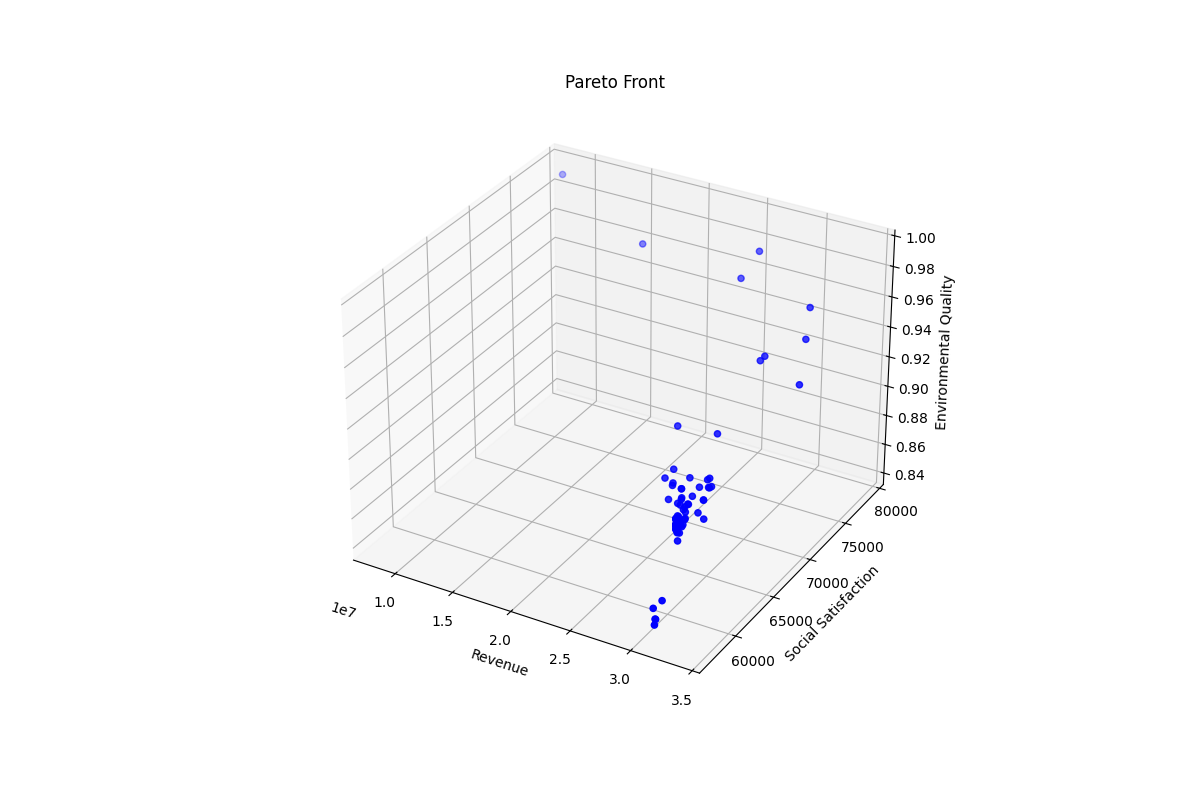
Repository: Kevinye0116/MCM
Script's output: python Coding/trial3.py
The author's editor kept a copy of each file at every save. The script's output is drawn from the files as they stood at one save, then again after the next save.
Random numbers start from a fixed seed.

Above is the script's output before, as saved 2025-01-25 21:53:27.

After the next save:
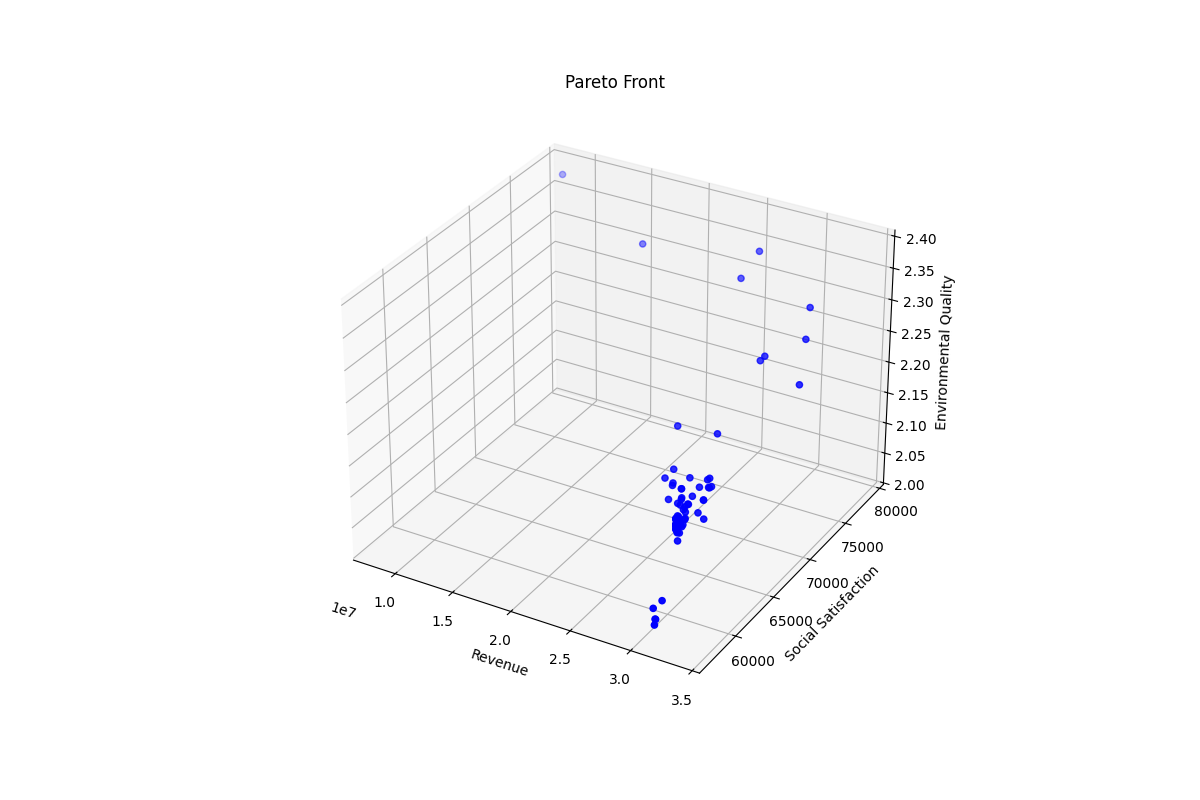
Saved 101 s later.
--- a/Coding/trial3.py
+++ b/Coding/trial3.py
@@ -8,9 +8,9 @@ from mpl_toolkits.mplot3d import Axes3D
 class TourismOptimization:
     def __init__(self):
         # 模型系数
-        self.k1 = 0.1  # 环保投资效率系数
-        self.k2 = 0.05  # 碳排放影响系数
-        self.k3 = 0.2  # 自然恢复系数
+        self.k1 = 0.4  # 环保投资效率系数
+        self.k2 = 0.3  # 碳排放影响系数
+        self.k3 = 0.3  # 自然恢复系数
         self.k4 = 0.15  # 基础设施发展系数
         self.k5 = 0.3  # 基础设施投资系数
         self.k6 = 0.25  # 环保投资系数
